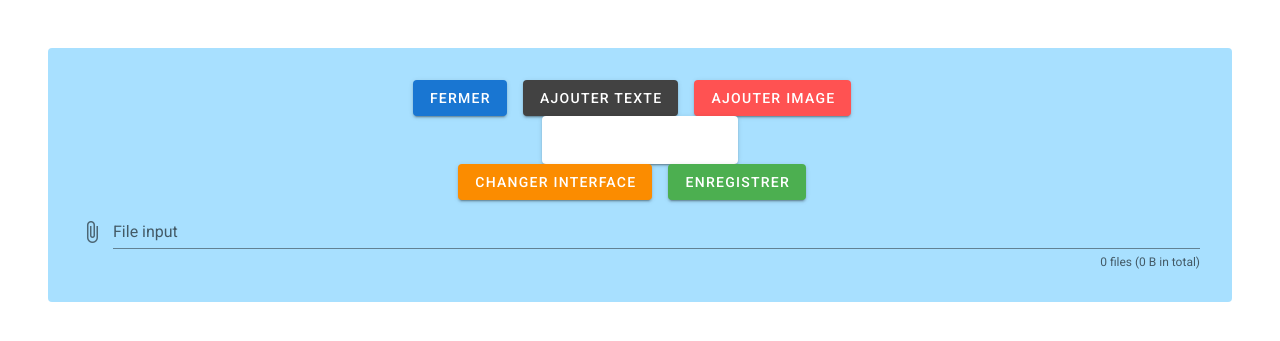
Repository: Hamagistral/BannerApp-Vue
Page: /#/dynamicPage
An editor plug-in stored every save of this project. The page is shown before and after the next save, followed by the edit.
The browser window is 1280 px wide. The pictures show the whole page.
The project was rebuilt for these pictures with package versions that can differ from the ones it lists, and the page was loaded fresh each time. Also part of the build but not shown: vue.config.js, src/components/WidgetText.vue, src/components/WidgetImage.vue, src/components/Home.vue.

Above is the page before, as saved 2023-02-07 01:44:14.

### public/index.html
<!DOCTYPE html>
<html lang="en">
  <head>
    <meta charset="utf-8">
    <meta http-equiv="X-UA-Compatible" content="IE=edge">
    <meta name="viewport" content="width=device-width,initial-scale=1.0">
    <link rel="icon" href="<%= BASE_URL %>favicon.ico">
    <title>Banner App</title>
    <link rel="stylesheet" href="https://fonts.googleapis.com/css?family=Roboto:100,300,400,500,700,900">
    <link rel="stylesheet" href="https://cdn.jsdelivr.net/npm/@mdi/font@latest/css/materialdesignicons.min.css">
  </head>
  <body>
    <noscript>
      <strong>We're sorry but Banner App doesn't work properly without JavaScript enabled. Please enable it to continue.</strong>
    </noscript>
    <div id="app"></div>
    <!-- built files will be auto injected -->
  </body>
</html>

### src/App.vue
<template>
  <v-app>
    <v-main>
      <v-container class="pa-12" fluid>
        <router-view align="center" justify="center" ></router-view>
      </v-container>
    </v-main>
  </v-app>
</template>

<script>

export default {
  name: "App",
  components: {},
};
</script>

### src/router/index.js
import Vue from 'vue'
import VueRouter from 'vue-router'
import DynamicPage from '../components/DynamicPage'
import Home from "../components/Home";

Vue.use(VueRouter)

const routes = [
  {
    path: '/',
    name: 'home',
    component: Home
  },
  {
    path: '/dynamicPage',
    name: 'dynamicPage',
    component: DynamicPage
  },

]
const router = new VueRouter({
  routes
})

export default router

### src/components/DynamicPage.vue
<template>
  <div>
    <template>
      <v-form class="primary pa-8 lighten-4 rounded" ref="form" v-model="valid" lazy-validation>
        <v-btn color="primary" class="mr-4">
          Fermer
        </v-btn>

        <v-btn color="secondary" class="mr-4" @click="addMore()">
          Ajouter Texte
        </v-btn>

        <v-btn color="error" class="mr-4" @click="addImage()">
          Ajouter Image
        </v-btn>

        <v-row justify="center" align="center">
          <v-col class="shrink" style="min-width: 220px;">
            <v-text-field v-model="color" v-mask="mask" hide-details class="ma-0 pa-0" solo>
              <template v-slot:append>
                <v-menu v-model="menu" top nudge-bottom="105" nudge-left="16" :close-on-content-click="false">
                  <template v-slot:activator="{ on }">
                    <div :style="swatchStyle" v-on="on" />
                  </template>
                  <v-card>
                    <v-card-text class="pa-0">
                      <v-color-picker v-model="color" flat />
                    </v-card-text>
                  </v-card>
                </v-menu>
              </template>
            </v-text-field>
          </v-col>
        </v-row>

        <v-btn color="warning" class="mr-4">
          Changer Interface
        </v-btn>

        <v-btn color="success" class="mr-4">
          Enregistrer
        </v-btn>


        <template>
          <v-file-input
            show-size
            counter
            multiple
            label="File input"
            v-model="chosenFile"
          ></v-file-input>
        </template>
      </v-form>
    </template>

    <div v-for="(course, index) in courses" :key="`text-${index}`">
      <WidgetText></WidgetText>
    </div>
    <div v-for="(file, index) in previewImages" :key="`image-${index}`">
      <WidgetImage :previews="file" vif="file"></WidgetImage>
    </div>
  </div>
</template>

<script>
import WidgetText from "./WidgetText";
import WidgetImage from "./WidgetImage";

export default {
  name: "dynamicPage",
  components: {
    WidgetText,
    WidgetImage,
  },
  props: {
    msg: String,
  },
  data() {
    return {
      chosenFile: null,
      valid: false,

      preview: [
        {
          name: "AAA.jpg",
          chosenFile: "yasser",
        },
      ],

      previewImages: [],
      courses: 0,
    };
  },
  watch: {
    chosenFile: {
      handler(nw, od) {
        console.log(nw);
      },
      deep: true,
    },
  },
  methods: {
    clean() {
      this.chosenFile = null;
    },
    addMore() {
      this.courses += 1;
    },
    addImage() {
      if(this.chosenFile) {
      this.previewImages.push(...this.chosenFile);
      this.clean();
      } else {
        alert('Erreur, Veuillez choisir !')
      }
    },
  },
};
</script>

Loaded but not shown: src/main.js (common file); src/store/index.js (common file); src/plugins/vuetify.js (common file)

After the next save:
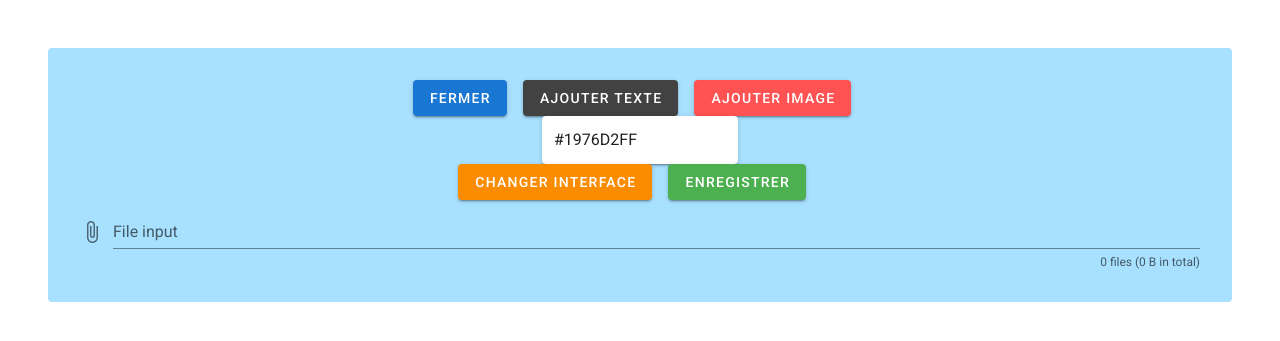
Saved 21 s later.
--- a/src/components/DynamicPage.vue
+++ b/src/components/DynamicPage.vue
@@ -90,6 +90,9 @@ export default {
 
       previewImages: [],
       courses: 0,
+      color: '#1976D2FF',
+      mask: '!#XXXXXXXX',
+      menu: false,
     };
   },
   watch: {
